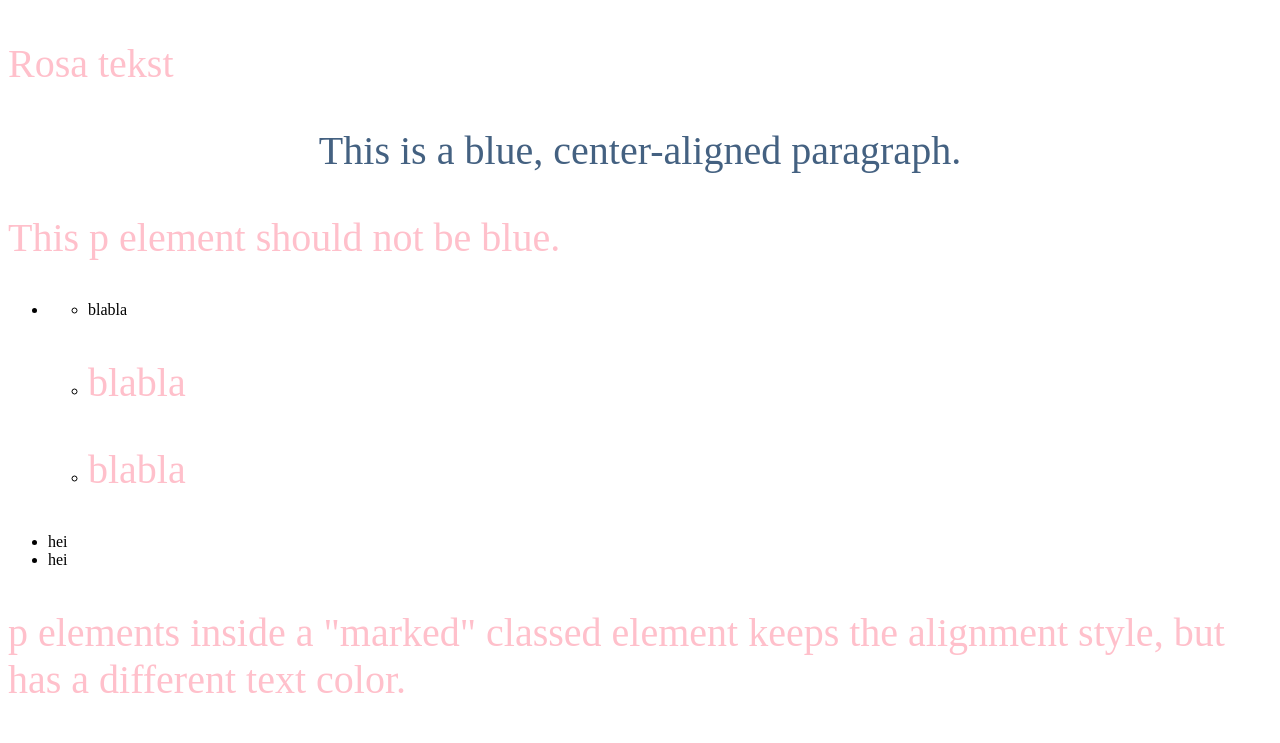
Repository: mesan/css-kurs
Page: kode/wroom/html-snippets/noNO.html
The author's editor kept a copy of each file at every save. The page is drawn from the files as they stood at one save, then again after the next save.
The browser window is 1280 px wide. The pictures show the whole page.

Above is the page before, as saved 2013-01-22 22:38:49.

After the next save:
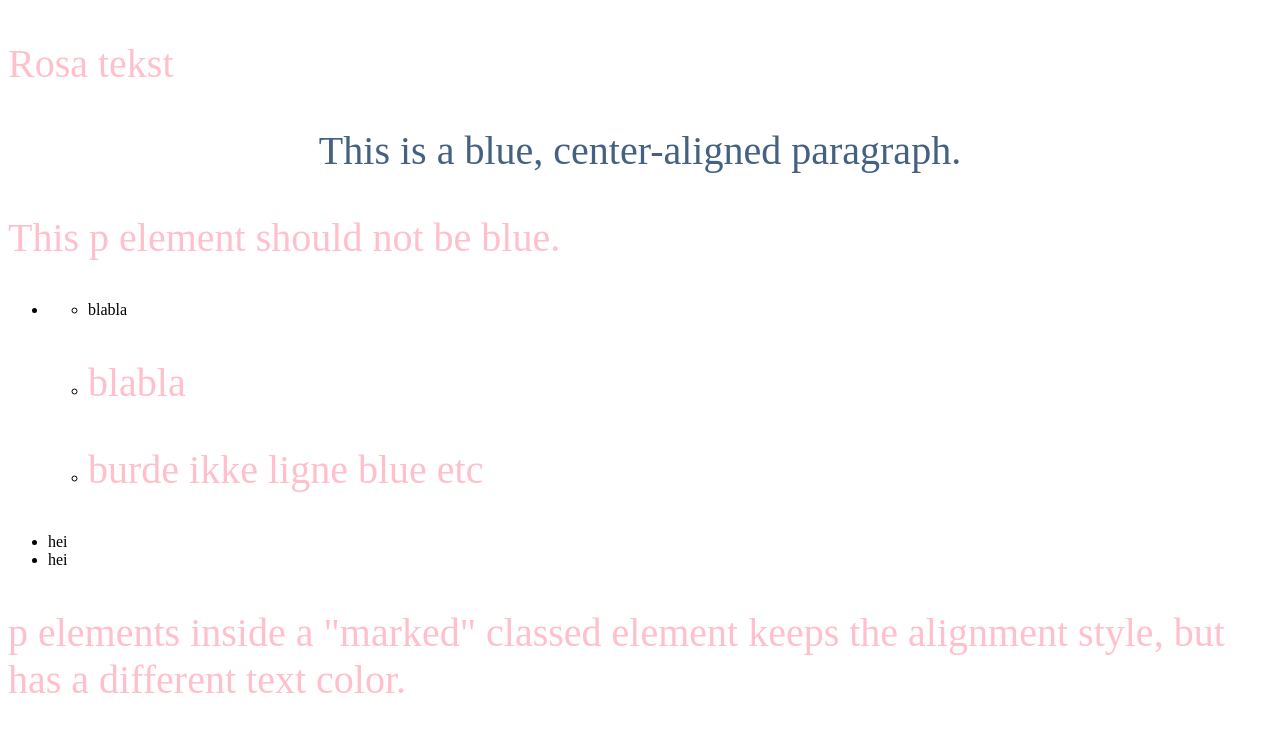
Saved 81 s later.
--- a/kode/wroom/html-snippets/noNO.html
+++ b/kode/wroom/html-snippets/noNO.html
@@ -43,7 +43,7 @@ article #comments ul > li > a.button { /* Uffda */ }
 			<p>
 				This p element should not be blue.
 			</p>
-			<ul class="overskriftPaaSideTre">
+			<ul>
 				<li>
 					<ul>
 						<li>
@@ -56,7 +56,7 @@ article #comments ul > li > a.button { /* Uffda */ }
 						</li>
 						<li>
 							<p>
-								<a>blabla</a>
+								<a class="overskriftPaaSideTre">burde ikke ligne blue etc</a>
 							</p>
 						</li>
 					</ul>
